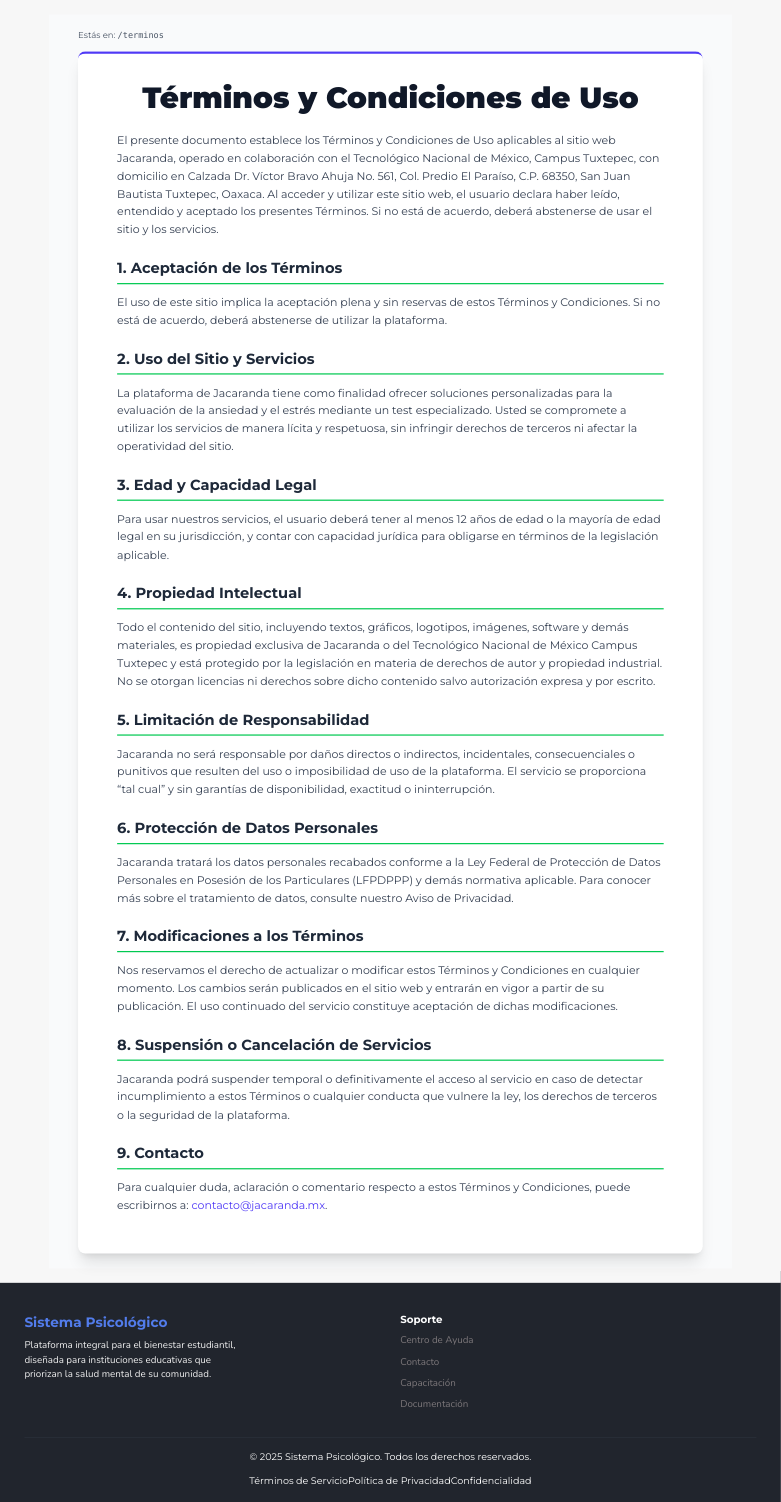
Repository: moon1710/SistemaPsico
Page: /terminos (app in client/)
The author's editor kept a copy of each file at every save. The page is drawn from the files as they stood at one save, then again after the next save.
The browser window is 1280 px wide. The pictures show the whole page, at 61% of full size.
The project was rebuilt for these pictures with package versions that can differ from the ones it lists, and the page was loaded fresh each time. Also part of the build but not shown: client/vite.config.js, client/src/components/onboarding/onboardingConfig.js, client/src/components/onboarding/TutorialSteps.jsx, client/src/components/onboarding/WelcomeForm.jsx, client/src/components/onboarding/OnboardingModal.jsx, client/src/components/layout/AdaptiveSidebar/sidebarConfig.jsx, client/src/components/layout/AdaptiveSidebar/MenuItem.jsx, client/src/components/layout/AdaptiveSidebar/SidebarHeader.jsx and 40 more.

Above is the page before, as saved 2025-09-21 14:47:05.

### client/index.html
<!doctype html>
<html lang="en">
  <head>
    <meta charset="UTF-8" />
    <link rel="icon" type="image/svg+xml" href="/idea.png" />
    <meta name="viewport" content="width=device-width, initial-scale=1.0" />
    <title>Sistema Psicológico</title>
  </head>
  <body>
    <div id="root"></div>
    <script type="module" src="/src/main.jsx"></script>
  </body>
</html>

### client/src/App.jsx
import React from "react";
import { Routes, Route } from "react-router-dom";
import { useAuth } from "./contexts/AuthContext";

// Importar el provider y componentes del onboarding
import { OnboardingProvider } from "./contexts/OnboardingContext";
import OnboardingModal from "./components/onboarding/OnboardingModal";

import Layout from "./components/layout/Layout";
import PublicLayout from "./components/layout/PublicLayout";

import ProtectedRoute, {
  PublicOnlyRoute,
  PsychologyStaffRoute,
} from "./components/auth/ProtectedRoute";

import LandingPage from "./pages/LandingPage";
import LoginPage from "./pages/LoginPage";
import DashboardPage from "./pages/DashboardPage";

//Paginas de Info
import AboutUsPage from "./pages/AboutUsPage";
import HelpPage from "./pages/HelpPage";
import DocsPage from "./pages/DocsPage";
import TerminosPage from "./pages/TerminosPage";
import PrivacidadPage from "./pages/PrivacidadPage";
import ConfidencialidadPage from "./pages/ConfidencialidadPage";

//QuizzesPages
import PublicQuizzesPage from "./pages/quizzes/PublicQuizzesPage";
import TakeQuizPage from "./pages/quizzes/TakeQuizPage";
import MyResultsPage from "./pages/quizzes/MyResultsPage";
import AdminResultsPage from "./pages/quizzes/AdminResultsPage";
import AnalyticsPage from "./pages/quizzes/AnalyticsPage";

//AppointmentPages
import BookAppointmentPage from "./pages/citas/BookAppointmentPage";
import AgendaPage from "./pages/citas/AgendaPage";
import AvailabilityPage from "./pages/citas/AvailabilityPage";
import AppointmentDetailPage from "./pages/citas/AppointmentDetailPage";
import AdminAppointmentsPage from "./pages/citas/AdminAppointmentsPage";

import { ROUTES } from "./utils/constants";
import "./App.css";

function App() {
  const { isLoading } = useAuth();

  if (isLoading) {
    return (
      <div className="min-h-screen flex items-center justify-center bg-gray-50">
        <div className="text-center">
          <div className="animate-spin rounded-full h-12 w-12 border-b-2 border-blue-600 mx-auto mb-4"></div>
          <p className="text-gray-600">Cargando aplicación...</p>
        </div>
      </div>
    );
  }

  return (
    <OnboardingProvider>
      {/* Modal de Onboarding - Se mostrará automáticamente cuando sea la primera vez */}
      <OnboardingModal />
      <Routes>
      {/* Públicas solo para NO autenticados */}
      <Route
        path="/"
        element={
          <PublicOnlyRoute>
            <LandingPage />
          </PublicOnlyRoute>
        }
      />
      <Route
        path={ROUTES.LOGIN}
        element={
          <PublicOnlyRoute>
            <LoginPage />
          </PublicOnlyRoute>
        }
      />

      {/* Públicas ABIERTAS */}
      <Route
        path={ROUTES.ABOUTUS}
        element={
          <PublicLayout>
            <AboutUsPage />
          </PublicLayout>
        }
      />
      <Route
        path={ROUTES.HELP}
        element={
          <PublicLayout>
            <HelpPage />
          </PublicLayout>
        }
      />
      <Route
        path={ROUTES.TERMINOS}
        element={
          <PublicLayout>
            <TerminosPage />
          </PublicLayout>
        }
      />
      <Route
        path={ROUTES.PRIVACIDAD}
        element={
          <PublicLayout>
            <PrivacidadPage />
          </PublicLayout>
        }
      />
      <Route
        path={ROUTES.DOCUMENTACION}
        element={
          <PublicLayout>
            <DocsPage />
          </PublicLayout>
        }
      />
      <Route
        path={ROUTES.CONFINDENCIALIDAD}
        element={
          <PublicLayout>
            <ConfidencialidadPage />
          </PublicLayout>
        }
      />
      {/* Alias opcional correcto */}
      <Route
        path={ROUTES.CONFIDENCIALIDAD_ALIAS}
        element={
          <PublicLayout>
            <ConfidencialidadPage />
          </PublicLayout>
        }
      />

      {/* Quizzes (protegidas) */}
      <Route
        path={ROUTES.QUIZ_CONTESTAR}
        element={
          <ProtectedRoute>
            <Layout>
              <PublicQuizzesPage />
            </Layout>
          </ProtectedRoute>
        }
      />
      <Route
        path={ROUTES.QUIZ_CONTESTAR_DETALLE}
        element={
          <ProtectedRoute>
            <Layout>
              <TakeQuizPage />
            </Layout>
          </ProtectedRoute>
        }
      />
      <Route
        path={ROUTES.MIS_RESULTADOS}
        element={
          <ProtectedRoute>
            <Layout>
              <MyResultsPage />
            </Layout>
          </ProtectedRoute>
        }
      />
      <Route
        path={ROUTES.QUIZ_RESULTADOS_ADMIN}
        element={
          <ProtectedRoute requiredRoles={['PSICOLOGO', 'ORIENTADOR', 'ADMIN_INSTITUCION', 'SUPER_ADMIN_INSTITUCION', 'SUPER_ADMIN_NACIONAL']}>
            <Layout>
              <AdminResultsPage />
            </Layout>
          </ProtectedRoute>
        }
      />
      <Route
        path={ROUTES.QUIZ_ANALYTICS_ADMIN}
        element={
          <ProtectedRoute requiredRoles={['PSICOLOGO', 'ORIENTADOR', 'ADMIN_INSTITUCION', 'SUPER_ADMIN_INSTITUCION', 'SUPER_ADMIN_NACIONAL']}>
            <Layout>
              <AnalyticsPage />
            </Layout>
          </ProtectedRoute>
        }
      />

      {/* Appointment Routes */}
      {/* Student - Book Appointment */}
      <Route
        path={ROUTES.AGENDAR_CITA}
        element={
          <ProtectedRoute requiredRoles={['ESTUDIANTE']}>
            <Layout>
              <BookAppointmentPage />
            </Layout>
          </ProtectedRoute>
        }
      />

      {/* Appointment Detail - Accessible by students and psychologists */}
      <Route
        path={ROUTES.CITA_DETALLE}
        element={
          <ProtectedRoute requiredRoles={['ESTUDIANTE', 'PSICOLOGO']}>
            <Layout>
              <AppointmentDetailPage />
            </Layout>
          </ProtectedRoute>
        }
      />

      {/* Psychologist - Agenda */}
      <Route
        path={ROUTES.AGENDA}
        element={
          <ProtectedRoute requiredRoles={['PSICOLOGO']}>
            <Layout>
              <AgendaPage />
            </Layout>
          </ProtectedRoute>
        }
      />

      {/* Psychologist - Availability Configuration */}
      <Route
        path={ROUTES.DISPONIBILIDAD}
        element={
          <ProtectedRoute requiredRoles={['PSICOLOGO']}>
            <Layout>
              <AvailabilityPage />
            </Layout>
          </ProtectedRoute>
        }
      />

      {/* Admin - Appointments Management */}
      <Route
        path={ROUTES.CITAS_ADMIN}
        element={
          <ProtectedRoute requiredRoles={['ADMIN_INSTITUCION', 'SUPER_ADMIN_INSTITUCION', 'SUPER_ADMIN_NACIONAL']}>
            <Layout>
              <AdminAppointmentsPage />
            </Layout>
          </ProtectedRoute>
        }
      />

      {/* Protegidas */}
      <Route
        path={ROUTES.DASHBOARD}
        element={
          <ProtectedRoute>
            <Layout>
              <DashboardPage />
            </Layout>
          </ProtectedRoute>
        }
      />
      </Routes>
    </OnboardingProvider>
  );
}

export default App;

### client/src/contexts/OnboardingContext.jsx
// client/src/contexts/OnboardingContext.jsx
import React, { createContext, useContext, useState, useEffect } from "react";
import { useAuth } from "./AuthContext";

const OnboardingContext = createContext();

export const useOnboarding = () => {
  const context = useContext(OnboardingContext);
  if (!context) {
    throw new Error("useOnboarding debe usarse dentro de OnboardingProvider");
  }
  return context;
};

export const OnboardingProvider = ({ children }) => {
  const { user, setUser } = useAuth();
  const [isFirstTime, setIsFirstTime] = useState(false);
  const [showOnboarding, setShowOnboarding] = useState(false);
  const [currentStep, setCurrentStep] = useState(0);
  const [onboardingCompleted, setOnboardingCompleted] = useState(false);

  // Clave para localStorage basada en el usuario
  const getStorageKey = () => {
    return user?.id ? `onboarding_completed_${user.id}` : null;
  };

  // Verificar si es primera vez del usuario
  useEffect(() => {
    if (user?.id) {
      // PRIORIDAD TOTAL al campo perfilCompletado de la BD
      const profileCompleted = user.perfilCompletado === 1 || user.perfilCompletado === true;

      console.log('🔍 [OnboardingContext] Verificando estado:', {
        userId: user.id,
        perfilCompletado: user.perfilCompletado,
        profileCompleted,
        shouldShowModal: !profileCompleted
      });

      if (!profileCompleted) {
        // Perfil NO completado -> mostrar modal
        setIsFirstTime(true);
        setShowOnboarding(true);
        setOnboardingCompleted(false);
        console.log('📝 [OnboardingContext] Mostrando modal de onboarding');
      } else {
        // Perfil completado -> no mostrar modal
        setIsFirstTime(false);
        setShowOnboarding(false);
        setOnboardingCompleted(true);
        console.log('✅ [OnboardingContext] Perfil ya completado, ocultando modal');
      }
    }
  }, [user?.id, user?.perfilCompletado]);

  // Refrescar datos del usuario desde el servidor
  const refreshUserProfile = async () => {
    try {
      const token = localStorage.getItem('auth_token');
      if (!token) return;

      const response = await fetch('/api/auth/profile', {
        method: 'GET',
        headers: {
          'Authorization': `Bearer ${token}`,
          'Content-Type': 'application/json',
        },
        credentials: 'include',
      });

      if (response.ok) {
        const result = await response.json();
        if (result.success && result.data?.user) {
          const freshUser = result.data.user;
          setUser(freshUser);
          console.log('🔄 [OnboardingContext] Usuario refrescado desde servidor:', freshUser);

          // También actualizar localStorage
          localStorage.setItem('user_data', JSON.stringify(freshUser));
          return freshUser;
        }
      }
    } catch (error) {
      console.error('❌ [OnboardingContext] Error refrescando usuario:', error);
    }
    return null;
  };

  // Marcar onboarding como completado
  const completeOnboarding = async () => {
    if (user?.id) {
      const storageKey = getStorageKey();
      localStorage.setItem(storageKey, "true");
      setOnboardingCompleted(true);
      setShowOnboarding(false);
      setIsFirstTime(false);

      // IMPORTANTE: Obtener datos frescos del servidor en lugar de solo actualizar localmente
      console.log('🔄 [OnboardingContext] Refrescando datos del usuario desde servidor...');
      const freshUser = await refreshUserProfile();

      if (freshUser) {
        console.log('✅ [OnboardingContext] Usuario actualizado con datos frescos');
      } else {
        // Fallback: actualizar localmente si falla la petición
        const updatedUser = {
          ...user,
          perfilCompletado: 1
        };
        setUser(updatedUser);
        console.log('⚠️ [OnboardingContext] Fallback: Usuario actualizado localmente');
      }
    }
  };

  // Reiniciar onboarding (para testing o reactivar)
  const resetOnboarding = () => {
    if (user?.id) {
      const storageKey = getStorageKey();
      localStorage.removeItem(storageKey);
      setOnboardingCompleted(false);
      setIsFirstTime(true);
      setShowOnboarding(true);
      setCurrentStep(0);
    }
  };

  // Navegar entre pasos
  const nextStep = () => {
    setCurrentStep((prev) => prev + 1);
  };

  const prevStep = () => {
    setCurrentStep((prev) => Math.max(0, prev - 1));
  };

  const goToStep = (step) => {
    setCurrentStep(step);
  };

  // Cerrar onboarding sin completar
  const closeOnboarding = () => {
    setShowOnboarding(false);
  };

  const value = {
    isFirstTime,
    showOnboarding,
    currentStep,
    onboardingCompleted,
    completeOnboarding,
    resetOnboarding,
    nextStep,
    prevStep,
    goToStep,
    closeOnboarding,
    user,
  };

  return (
    <OnboardingContext.Provider value={value}>
      {children}
    </OnboardingContext.Provider>
  );
};

### client/src/components/layout/PublicLayout.jsx
// components/layout/PublicLayout.jsx
import Footer from "./Footer";

export default function PublicLayout({ children }) {
  return (
    <div className="min-h-screen bg-[#f7f7f7] text-[#1d1d1f]">
      <main className="max-w-6xl mx-auto px-4 py-6">{children}</main>
      <Footer />
    </div>
  );
}

### client/src/pages/TerminosPage.jsx
// src/pages/TerminosPage.jsx
import { useLocation } from "react-router-dom";

export default function TerminosPage() {
  const { pathname } = useLocation();

  return (
    <div className="p-6 text-lg bg-gray-50 min-h-screen">
      <div className="max-w-5xl mx-auto">
        <p className="mb-4 text-sm text-gray-600">
          Estás en: <code>{pathname}</code>
        </p>

        <div className="bg-white py-12 px-6 sm:px-10 lg:px-16 rounded-xl shadow-xl border-t-4 border-indigo-600">
          <h1 className="text-44 md:text-5xl font-extrabold text-center mb-8 text-gray-900">
            Términos y Condiciones de Uso
          </h1>

          <p className="mb-6 text-gray-700 leading-relaxed">
            El presente documento establece los Términos y Condiciones de Uso aplicables al sitio web Jacaranda,
            operado en colaboración con el Tecnológico Nacional de México, Campus Tuxtepec, con domicilio en Calzada
            Dr. Víctor Bravo Ahuja No. 561, Col. Predio El Paraíso, C.P. 68350, San Juan Bautista Tuxtepec, Oaxaca.
            Al acceder y utilizar este sitio web, el usuario declara haber leído, entendido y aceptado los presentes
            Términos. Si no está de acuerdo, deberá abstenerse de usar el sitio y los servicios.
          </p>

          {/* Sección 1 */}
          <h2 className="text-2xl font-bold mt-8 mb-4 text-gray-800 border-b-2 border-green-500 pb-2">
            1. Aceptación de los Términos
          </h2>
          <p className="mb-4 text-gray-700 leading-relaxed">
            El uso de este sitio implica la aceptación plena y sin reservas de
            estos Términos y Condiciones. Si no está de acuerdo, deberá abstenerse
            de utilizar la plataforma.
          </p>

          {/* Sección 2 */}
          <h2 className="text-2xl font-bold mt-8 mb-4 text-gray-800 border-b-2 border-green-500 pb-2">
            2. Uso del Sitio y Servicios
          </h2>
          <p className="mb-4 text-gray-700 leading-relaxed">
            La plataforma de Jacaranda tiene como finalidad ofrecer soluciones
            personalizadas para la evaluación de la ansiedad y el estrés mediante
            un test especializado. Usted se compromete a utilizar los servicios
            de manera lícita y respetuosa, sin infringir derechos de terceros ni
            afectar la operatividad del sitio.
          </p>

          {/* Sección 3 */}
          <h2 className="text-2xl font-bold mt-8 mb-4 text-gray-800 border-b-2 border-green-500 pb-2">
            3. Edad y Capacidad Legal
          </h2>
          <p className="mb-4 text-gray-700 leading-relaxed">
            Para usar nuestros servicios, el usuario deberá tener al menos 12
            años de edad o la mayoría de edad legal en su jurisdicción, y contar
            con capacidad jurídica para obligarse en términos de la legislación
            aplicable.
          </p>

          {/* Sección 4 */}
          <h2 className="text-2xl font-bold mt-8 mb-4 text-gray-800 border-b-2 border-green-500 pb-2">
            4. Propiedad Intelectual
          </h2>
          <p className="mb-4 text-gray-700 leading-relaxed">
            Todo el contenido del sitio, incluyendo textos, gráficos, logotipos,
            imágenes, software y demás materiales, es propiedad exclusiva de
            Jacaranda o del Tecnológico Nacional de México Campus Tuxtepec y
            está protegido por la legislación en materia de derechos de autor y
            propiedad industrial. No se otorgan licencias ni derechos sobre dicho
            contenido salvo autorización expresa y por escrito.
          </p>

          {/* Sección 5 */}
          <h2 className="text-2xl font-bold mt-8 mb-4 text-gray-800 border-b-2 border-green-500 pb-2">
            5. Limitación de Responsabilidad
          </h2>
          <p className="mb-4 text-gray-700 leading-relaxed">
            Jacaranda no será responsable por daños directos o indirectos,
            incidentales, consecuenciales o punitivos que resulten del uso o
            imposibilidad de uso de la plataforma. El servicio se proporciona
            “tal cual” y sin garantías de disponibilidad, exactitud o
            ininterrupción.
          </p>

          {/* Sección 6 */}
          <h2 className="text-2xl font-bold mt-8 mb-4 text-gray-800 border-b-2 border-green-500 pb-2">
            6. Protección de Datos Personales
          </h2>
          <p className="mb-4 text-gray-700 leading-relaxed">
            Jacaranda tratará los datos personales recabados conforme a la Ley
            Federal de Protección de Datos Personales en Posesión de los
            Particulares (LFPDPPP) y demás normativa aplicable. Para conocer más
            sobre el tratamiento de datos, consulte nuestro Aviso de Privacidad.
          </p>

          {/* Sección 7 */}
          <h2 className="text-2xl font-bold mt-8 mb-4 text-gray-800 border-b-2 border-green-500 pb-2">
            7. Modificaciones a los Términos
          </h2>
          <p className="mb-4 text-gray-700 leading-relaxed">
            Nos reservamos el derecho de actualizar o modificar estos Términos y
            Condiciones en cualquier momento. Los cambios serán publicados en el
            sitio web y entrarán en vigor a partir de su publicación. El uso
            continuado del servicio constituye aceptación de dichas
            modificaciones.
          </p>

          {/* Sección 8 */}
          <h2 className="text-2xl font-bold mt-8 mb-4 text-gray-800 border-b-2 border-green-500 pb-2">
            8. Suspensión o Cancelación de Servicios
          </h2>
          <p className="mb-4 text-gray-700 leading-relaxed">
            Jacaranda podrá suspender temporal o definitivamente el acceso al
            servicio en caso de detectar incumplimiento a estos Términos o
            cualquier conducta que vulnere la ley, los derechos de terceros o la
            seguridad de la plataforma.
          </p>

          {/* Sección 9 */}
          <h2 className="text-2xl font-bold mt-8 mb-4 text-gray-800 border-b-2 border-green-500 pb-2">
            9. Contacto
          </h2>
          <p className="mb-4 text-gray-700 leading-relaxed">
            Para cualquier duda, aclaración o comentario respecto a estos
            Términos y Condiciones, puede escribirnos a:{" "}
            <a
              href="mailto:contacto@jacaranda.mx"
              className="text-indigo-600 hover:underline"
            >
              contacto@jacaranda.mx
            </a>
            .
          </p>
        </div>
      </div>
    </div>
  );
}

### client/src/components/layout/Footer.jsx
import { Link } from "react-router-dom";
import { ROUTES } from "../../utils/constants";

export default function Footer() {
  return (
    <footer className="footer">
      <div className="footer-inner">
        <div className="footer-main">
          <div>
            <h3 className="footer-title">Sistema Psicológico</h3>
            <p className="footer-desc">
              Plataforma integral para el bienestar estudiantil, diseñada para
              instituciones educativas que priorizan la salud mental de su
              comunidad.
            </p>
          </div>

          <div>
            <h4
              className="footer-title"
              style={{ color: "#fff", fontWeight: 600, fontSize: "1.05rem" }}
            >
              Soporte
            </h4>
            <ul className="footer-links">
              <li>
                <Link to={ROUTES.HELP}>Centro de Ayuda</Link>
              </li>
              <li>
                <Link to={ROUTES.ABOUTUS}>Contacto</Link>
              </li>
              <li>
                <Link to={ROUTES.DOCUMENTACION}>Capacitación</Link>
              </li>
              <li>
                <Link to={ROUTES.DOCUMENTACION}>Documentación</Link>
              </li>
            </ul>
          </div>
        </div>

        <div className="footer-bottom">
          <p>
            © {new Date().getFullYear()} Sistema Psicológico. Todos los derechos
            reservados.
          </p>
          <div className="footer-bottom-links">
            <Link to={ROUTES.TERMINOS}>Términos de Servicio</Link>
            <Link to={ROUTES.PRIVACIDAD}>Política de Privacidad</Link>
            <Link to={ROUTES.CONFINDENCIALIDAD}>Confidencialidad</Link>
          </div>
        </div>
      </div>
    </footer>
  );
}

Loaded but not shown: client/src/main.jsx (common file); client/src/App.css (common file); client/src/utils/constants.js (213 lines, source omitted); client/src/services/authService.js (219 lines, source omitted); client/src/utils/roles.js (38 lines, source omitted); client/src/index.css (441 lines, source omitted); client/src/contexts/AuthContext.jsx (292 lines, source omitted)

After the next save:
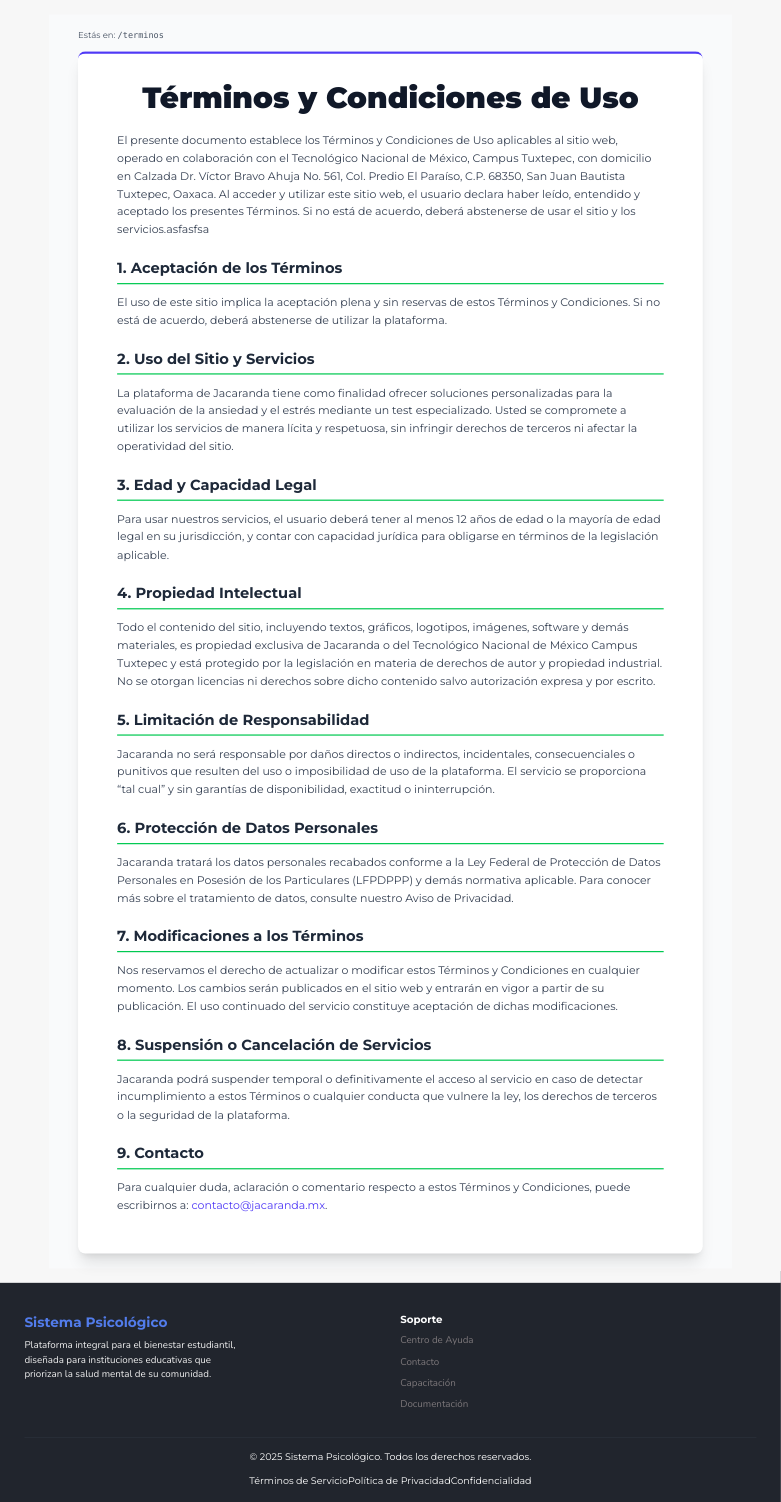
Saved 55 s later.
--- a/client/src/pages/TerminosPage.jsx
+++ b/client/src/pages/TerminosPage.jsx
@@ -17,11 +17,11 @@ export default function TerminosPage() {
           </h1>
 
           <p className="mb-6 text-gray-700 leading-relaxed">
-            El presente documento establece los Términos y Condiciones de Uso aplicables al sitio web Jacaranda,
+            El presente documento establece los Términos y Condiciones de Uso aplicables al sitio web,
             operado en colaboración con el Tecnológico Nacional de México, Campus Tuxtepec, con domicilio en Calzada
             Dr. Víctor Bravo Ahuja No. 561, Col. Predio El Paraíso, C.P. 68350, San Juan Bautista Tuxtepec, Oaxaca.
             Al acceder y utilizar este sitio web, el usuario declara haber leído, entendido y aceptado los presentes
-            Términos. Si no está de acuerdo, deberá abstenerse de usar el sitio y los servicios.
+            Términos. Si no está de acuerdo, deberá abstenerse de usar el sitio y los servicios.asfasfsa
           </p>
 
           {/* Sección 1 */}
